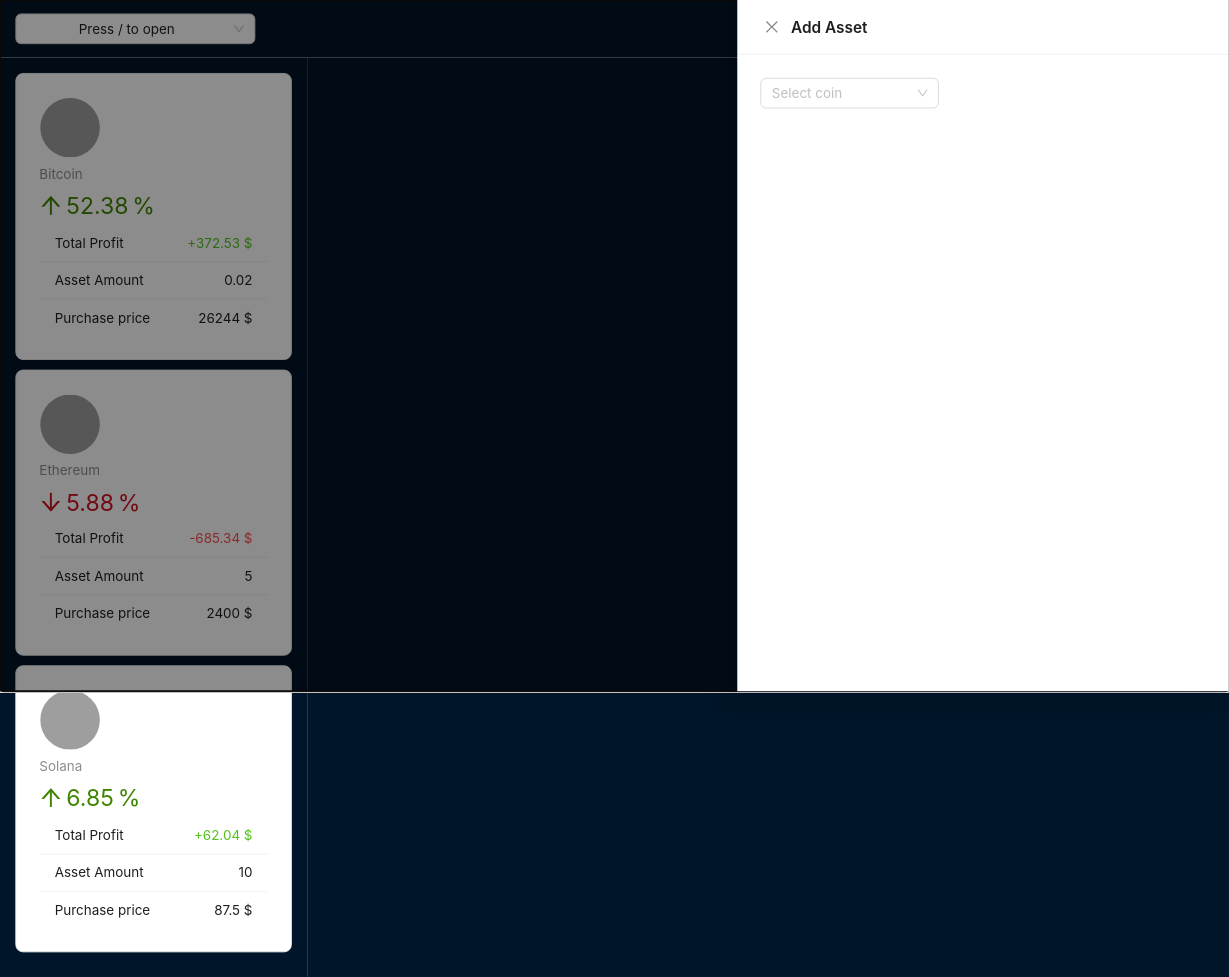
Repository: Vadia23/React-Crypto-App
Page: /
These files come from the project's save history. The page is drawn as it stood at one moment and after the next save; the edit follows.
The browser window is 1280 px wide. The pictures show the whole page, at 96% of full size.
Pictures or frames that could not be fetched are drawn as grey boxes. The project was rebuilt for these pictures with package versions that can differ from the ones it lists, and the page was loaded fresh each time. Also part of the build but not shown: vite.config.js, src/components/CoinInfoModal.jsx.

Above is the page before, as saved 2024-02-16 19:58:26.

### src/App.jsx
import { Layout } from "antd";
import AppHeader from "./components/layout/AppHeader";
import AppSider from "./components/layout/AppSider";
import AppContent from "./components/layout/AppConten";
import { CryptoContextProvider } from "./context/cryptoContext";
import AppLayout from "./components/layout/AppLayout";

export default function App() {
  return (
    <CryptoContextProvider>
      <AppLayout />
    </CryptoContextProvider>
  );
}

### src/components/layout/AppHeader.jsx
import { Button, Layout, Modal, Select, Space, Drawer } from "antd";
import { useCrypto } from "../../context/cryptoContext";
import { useEffect, useState } from "react";
import CoinInfoModal from "../CoinInfoModal";
import AddAssetForm from "../AddAssetForm";

const headerStyle = {
  textAlign: "center",
  color: "#fff",
  height: 60,
  width: "100%",
  padding: "1rem",
  display: "flex",
  justifyContent: "space-between",
  alignItems: "center",
};

export default function AppHeader() {
  const [select, setSelect] = useState(false);
  const [modal, setModal] = useState(false);
  const [drawer, setDrawer] = useState(true);
  const [coin, setCoin] = useState(null);
  const { crypto } = useCrypto();

  function handleSelect(value) {
    setModal(true);
    setCoin(crypto.find((c) => c.id === value));
    // const coin = crypto.findIndex((coin) => coin.id === value);
    // setCoin(crypto[coin]);
  }

  useEffect(() => {
    const keypress = (event) => {
      if (event.key === "/") {
        setSelect((prev) => !prev);
      }
    };

    document.addEventListener("keypress", keypress);
    return () => document.removeEventListener("keypress", keypress);
  }, []);

  return (
    <Layout.Header style={headerStyle}>
      <Select
        open={select}
        // mode="multiple"
        style={{ width: 250 }}
        onClick={() => setSelect((prev) => !prev)}
        value={"Press / to open"}
        onSelect={handleSelect}
        // optionLabelProp="label"
        options={crypto.map((coin) => ({
          label: coin.name,
          value: coin.id,
          icon: coin.icon,
        }))}
        optionRender={(option) => (
          <Space>
            <img
              style={{ width: 20 }}
              src={option.data.icon}
              alt={option.data.label}
            />{" "}
            {option.data.label}
          </Space>
        )}
      />
      <Button type="primary" onClick={() => setDrawer(true)}>
        Add Asset
      </Button>

      <Modal
        open={modal}
        onCancel={() => {
          setModal(false), setCoin(null), console.log(coin);
        }}
        footer={null}
      >
        <CoinInfoModal coin={coin} />
      </Modal>

      <Drawer
        width={"40%"}
        title="Add Asset"
        onClose={() => setDrawer(false)}
        open={drawer}
        destroyOnClose
      >
        <AddAssetForm />
      </Drawer>
    </Layout.Header>
  );
}

### src/components/layout/AppSider.jsx
import { Avatar, Card, Layout, List, Statistic, Typography } from "antd";
import { ArrowDownOutlined, ArrowUpOutlined } from "@ant-design/icons";
import { useContext } from "react";
import { capitalize } from "../../utils";
import CryptoContext from "../../context/cryptoContext";

export default function AppSider() {
  const { assets } = useContext(CryptoContext);

  return (
    <Layout.Sider width="25%" style={{ padding: "1rem" }}>
      {assets.map((asset) => (
        <Card key={asset.id} style={{ marginBottom: "10px" }}>
          <Avatar size={64} src={asset.icon} style={{ marginBottom: "5px" }} />
          <Statistic
            title={capitalize(asset.id)}
            value={asset.growPercent}
            precision={2}
            valueStyle={{ color: asset.grow ? "#3f8600" : "#cf1322" }}
            prefix={asset.grow ? <ArrowUpOutlined /> : <ArrowDownOutlined />}
            suffix="%"
          />
          <List
            size="small"
            dataSource={[
              {
                title: "Total Profit",
                value: (
                  <Typography.Text type={asset.grow ? "success" : "danger"}>
                    {asset.grow
                      ? "+" + asset.totalProfit + " $"
                      : asset.totalProfit + " $"}
                  </Typography.Text>
                ),
              },
              { title: "Asset Amount", value: asset.amount },
              { title: "Purchase price", value: asset.price + " $" },
            ]}
            renderItem={(item) => (
              <List.Item>
                <span>{item.title}</span>
                {}
                <span>{item.value}</span>
              </List.Item>
            )}
          />
        </Card>
      ))}
    </Layout.Sider>
  );
}

### src/components/layout/AppConten.jsx
import { Layout } from "antd";

const contentStyle = {
  textAlign: "center",
  minHeight: "calc(100vh - 60px)",
  color: "#fff",
  backgroundColor: "#001529",
};

export default function AppContent() {
  return <Layout.Content style={contentStyle}>Content</Layout.Content>;
}

### src/context/cryptoContext.jsx
import { createContext, useContext, useEffect, useState } from "react";
import { fakeFetchCrypto, fetchAssets } from "../api";
import { percentDifference } from "../utils";

const CryptoContext = createContext({
  assets: [],
  crypto: [],
  isLoading: false,
});

export function CryptoContextProvider({ children }) {
  const [isLoading, setIsLoading] = useState(false);
  const [crypto, setCrypto] = useState([]);
  const [assets, setAssets] = useState([]);

  useEffect(() => {
    async function preload() {
      setIsLoading(true);
      const { result } = await fakeFetchCrypto();
      const assets = await fetchAssets();

      setCrypto(result);
      setAssets(
        assets.map((asset) => {
          const coin = result.find((c) => c.id === asset.id);

          return {
            grow: asset.price < coin.price, // boolean for color of statistic
            growPercent: percentDifference(asset.price, coin.price),
            totalAmount: asset.amount * coin.price,
            totalProfit: +(
              asset.amount * coin.price -
              asset.amount * asset.price
            ).toFixed(2),
            icon: coin.icon,
            ...asset,
          };
        })
      );
      setIsLoading(false);
    }
    preload();
  }, []);

  return (
    <CryptoContext.Provider value={{ isLoading, crypto, assets }}>
      {children}
    </CryptoContext.Provider>
  );
}

export default CryptoContext;

export function useCrypto() {
  return useContext(CryptoContext);
}

### src/components/layout/AppLayout.jsx
import { Layout, Spin } from "antd";
import AppHeader from "./AppHeader";
import AppSider from "./AppSider";
import AppContent from "./AppConten";
import { useContext } from "react";
import CryptoContext from "../../context/cryptoContext";

export default function AppLayout() {
  const { isLoading } = useContext(CryptoContext);

  if (isLoading) {
    return <Spin spinning={isLoading} fullscreen />;
  }

  return (
    <Layout>
      <AppHeader />
      <Layout>
        <AppSider />
        <AppContent />
      </Layout>
    </Layout>
  );
}

### src/components/AddAssetForm.jsx
import { useContext, useState } from "react";
import CryptoContext from "../context/cryptoContext";
import { Select, Space, Typography } from "antd";

export default function AddAssetForm() {
  const { crypto } = useContext(CryptoContext);
  const [coin, setCoin] = useState(null);

  if (!coin) {
    return (
      <Select
        style={{ width: "40%" }}
        placeholder="Select coin"
        onSelect={(v) => setCoin(crypto.find((c) => c.id === v))}
        options={crypto.map((coin) => ({
          label: coin.name,
          value: coin.id,
          icon: coin.icon,
        }))}
        optionRender={(option) => (
          <Space>
            <img
              style={{ width: 20 }}
              src={option.data.icon}
              alt={option.data.label}
            />{" "}
            {option.data.label}
          </Space>
        )}
      />
    );
  }

  return (
    <form>
      <Typography.Title level={2} style={{ margin: 0 }}>
        {coin.name}
      </Typography.Title>
    </form>
  );
}

### src/utils.js
export function percentDifference(a, b) {
  return +(100 * Math.abs((a - b) / ((a + b) / 2))).toFixed(2);
}

export function capitalize(str) {
  return str.charAt(0).toUpperCase() + str.substr(1);
}

### src/api.js
import { cryptoAssets, cryptoData } from "./data";

export function fakeFetchCrypto() {
  return new Promise((resolve) => {
    setTimeout(() => {
      resolve(cryptoData);
    }, 1);
  });
}
export function fetchAssets() {
  return new Promise((resolve) => {
    setTimeout(() => {
      resolve(cryptoAssets);
    }, 1);
  });
}

Loaded but not shown: index.html (common file); src/main.jsx (common file); src/index.css (common file); src/data.js (631 lines, source omitted)

After the next save:
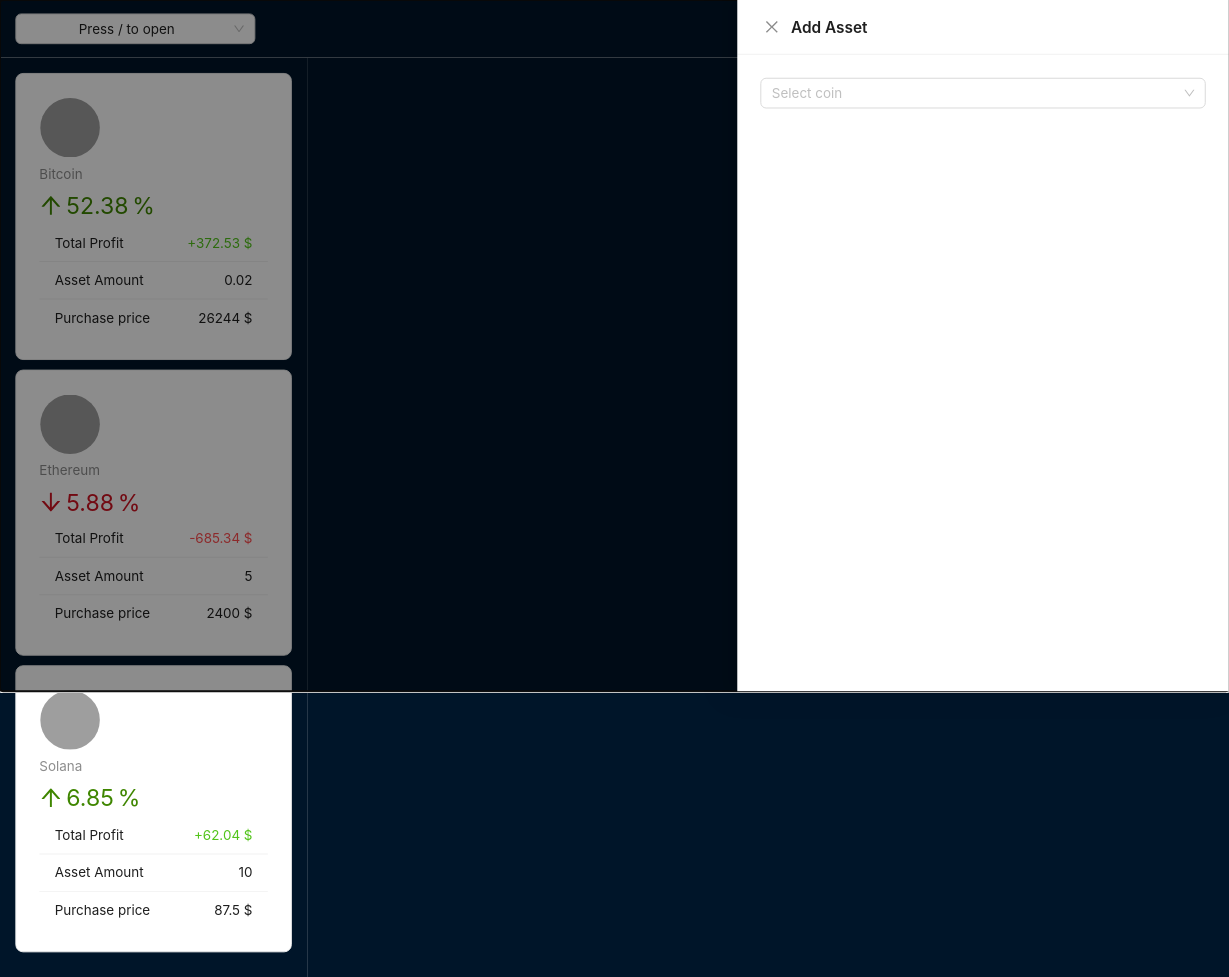
Saved 105 s later.
--- a/src/components/AddAssetForm.jsx
+++ b/src/components/AddAssetForm.jsx
@@ -9,7 +9,7 @@
   if (!coin) {
     return (
       <Select
-        style={{ width: "40%" }}
+        style={{ width: "100%" }}
         placeholder="Select coin"
         onSelect={(v) => setCoin(crypto.find((c) => c.id === v))}
         options={crypto.map((coin) => ({
